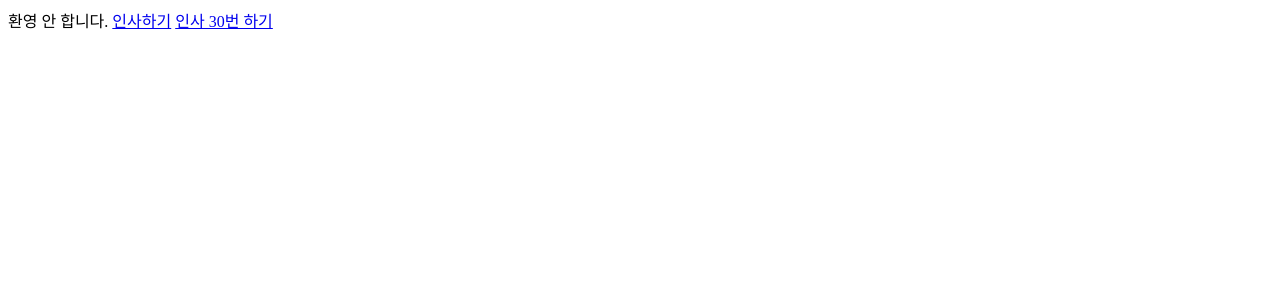
Repository: 12hongkildong/jdbc
Page: JSPPrj1/src/main/webapp/index.html
An editor plug-in stored every save of this project. The page is shown before and after the next save, followed by the edit.
The browser window is 1280 px wide. The pictures show the whole page.

Above is the page before, as saved 2023-01-26 16:07:06.

After the next save:
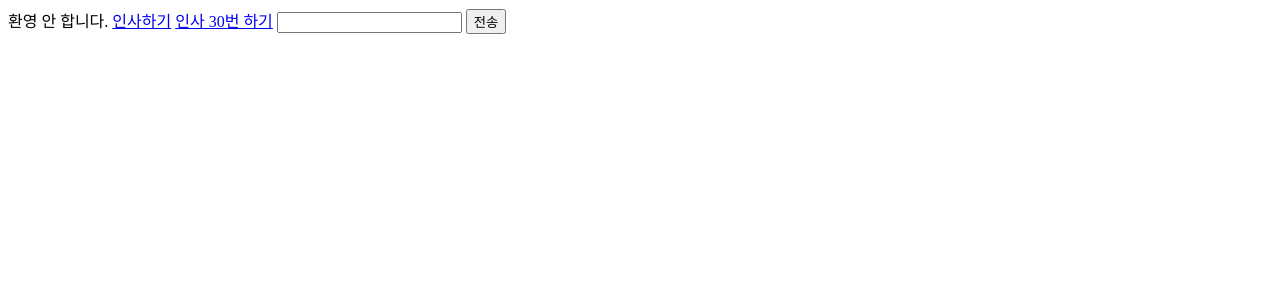
Saved 2 min 5 s later.
--- a/JSPPrj1/src/main/webapp/index.html
+++ b/JSPPrj1/src/main/webapp/index.html
@@ -9,5 +9,7 @@
 
 	<a href="hi">인사하기</a>
 	<a href="hi?cnt=30">인사 30번 하기</a>
+	<input type="text" name="?cnt">
+	<input type="submit" for"?cnt" value="전송">
 </body>
 </html>
